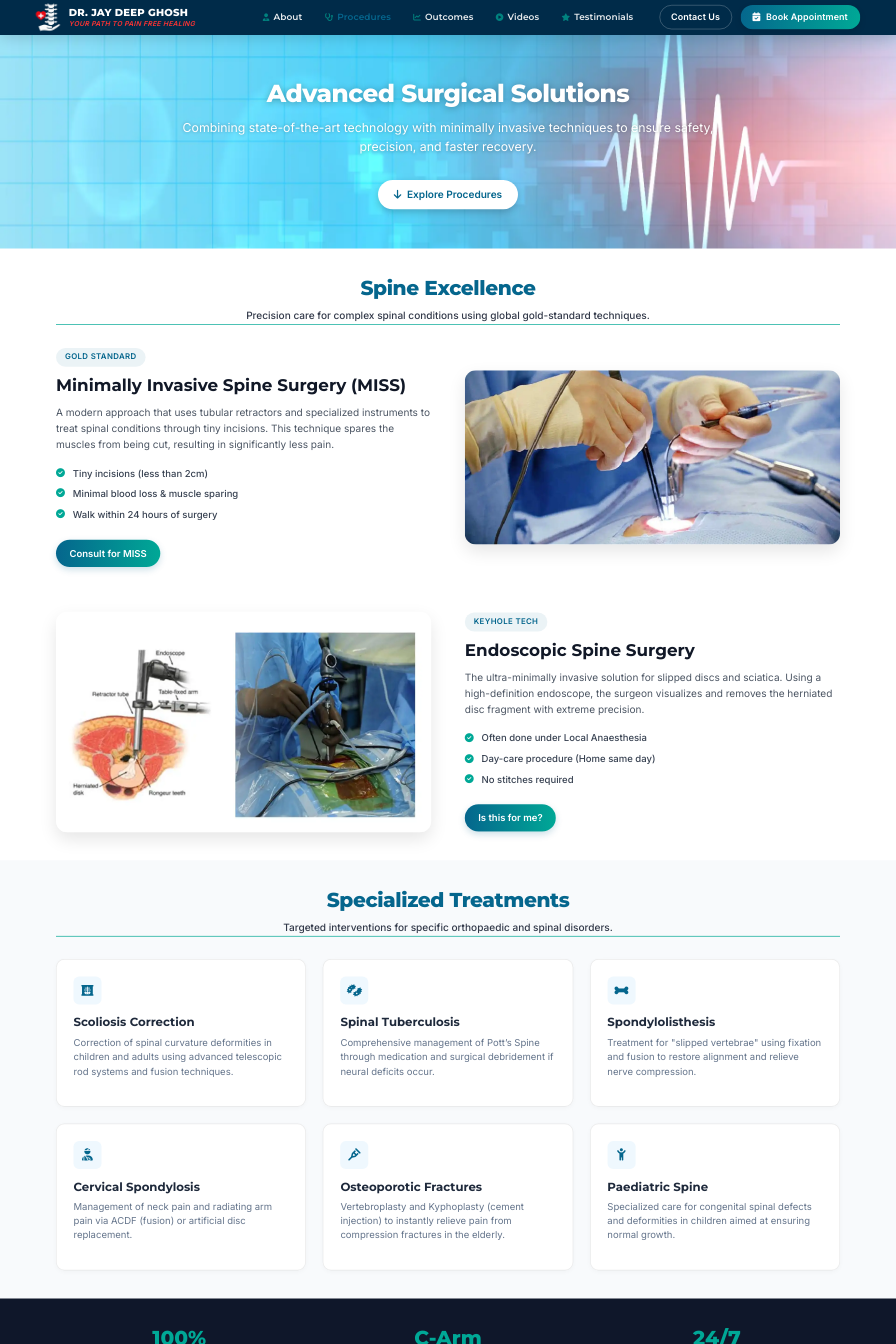
Repository: Kape-21/dr-JDGhosh
Page: procedures.html
These files come from the project's save history. The page is drawn as it stood at one moment and after the next save; the edit follows.
The browser window is 1280 px wide. The pictures show the part of the page from y = 0 to 1920 px (the page is 3963 px tall before and 4461 px after), at 70% of full size.

Above is the page before, as saved 2026-01-30 01:27:25.

After the next save:
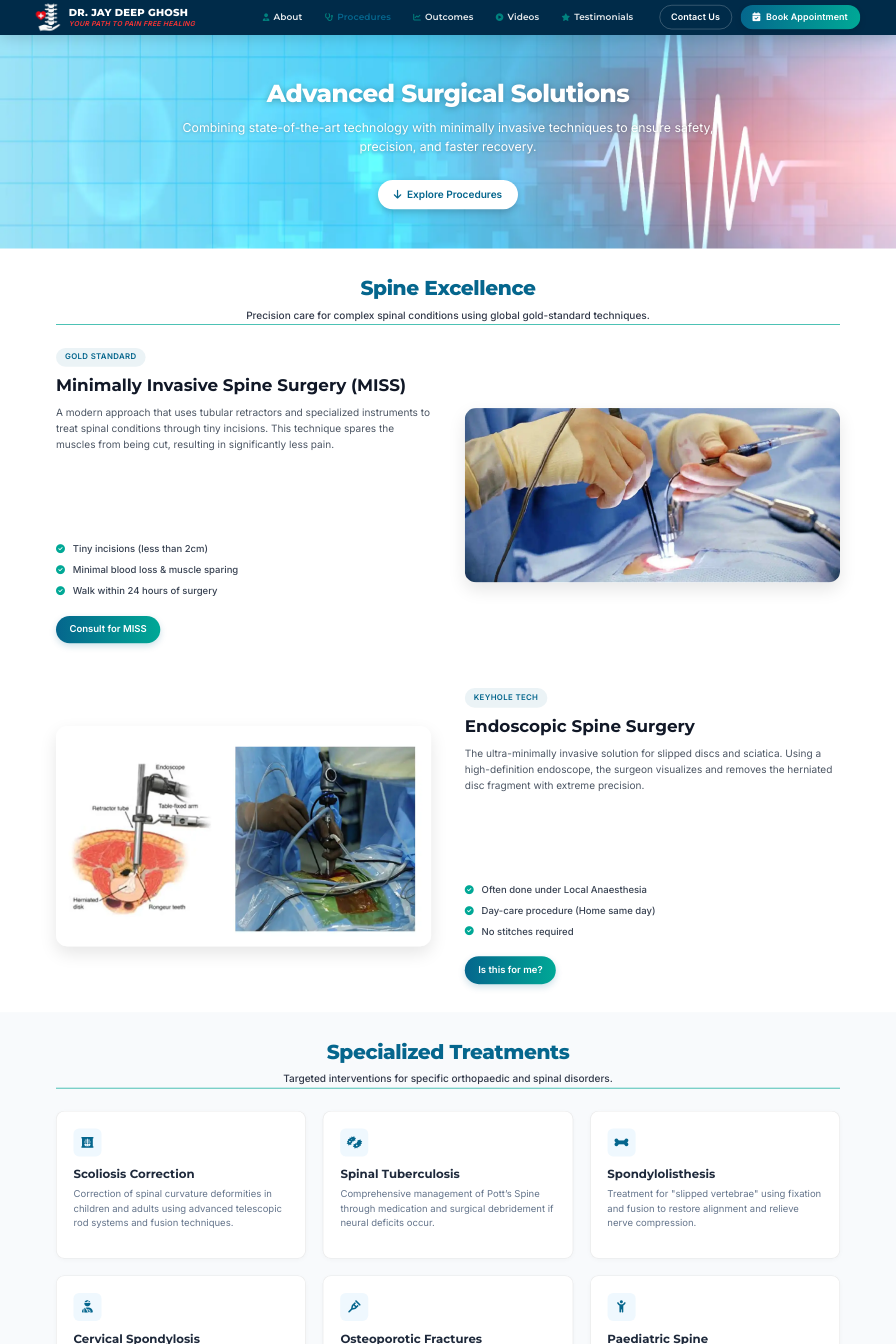
Saved 5 min 4 s later.
--- a/procedures.html
+++ b/procedures.html
@@ -185,7 +185,7 @@
     .spotlight-desc {
       font-size: 0.9rem;
       color: #4b5563;
-      margin-bottom: 1.2rem;
+      margin-bottom: 8rem;
     }
 
     .feature-list {
